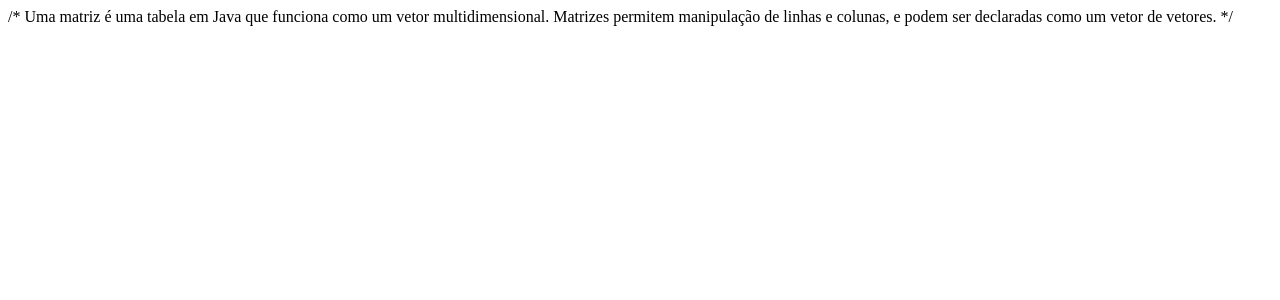
Repository: GbragaDev/100-Java-Exercices
Page: src/Aula_Matrizes/anotacao.html
An editor plug-in stored every save of this project. The page is shown before and after the next save, followed by the edit.
The browser window is 1280 px wide. The pictures show the whole page.

Above is the page before, as saved 2023-05-30 00:49:54.

After the next save:
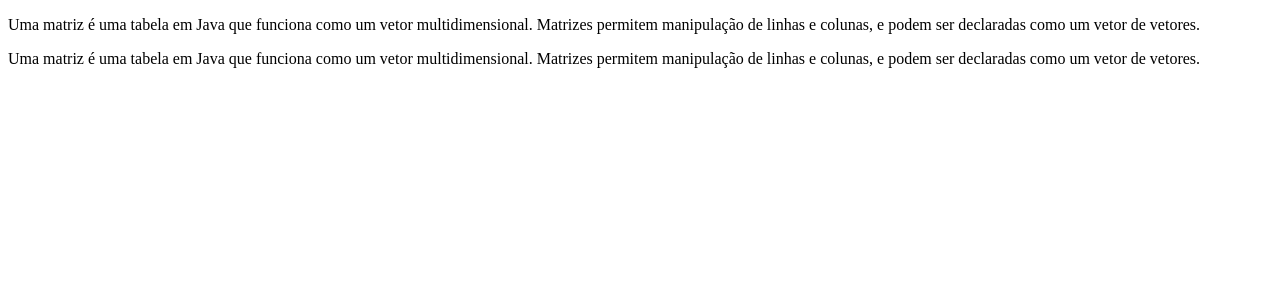
Saved 100 s later.
--- a/src/Aula_Matrizes/anotacao.html
+++ b/src/Aula_Matrizes/anotacao.html
@@ -1,5 +1,34 @@
-/*  Uma matriz é uma tabela em Java que funciona como um vetor multidimensional.
+<!DOCTYPE html>
+<html lang="en">
+
+    <head>
+        <meta charset="UTF-8">
+        <meta http-equiv="X-UA-Compatible" content="IE=edge">
+        <meta name="viewport" content="width=device-width, initial-scale=1.0">
+        <title>Document</title>
+    </head>
+
+    <body>
+
+
+
+        <p>
+            Uma matriz é uma tabela em Java que funciona como um vetor multidimensional.
+
+
+            Matrizes permitem manipulação de linhas e colunas, e podem ser declaradas como um vetor de vetores.
+
+        </p>
+
+
+
+
+
+    </body>
+
+</html>
+
+Uma matriz é uma tabela em Java que funciona como um vetor multidimensional.
 
 
 Matrizes permitem manipulação de linhas e colunas, e podem ser declaradas como um vetor de vetores.
-*/
